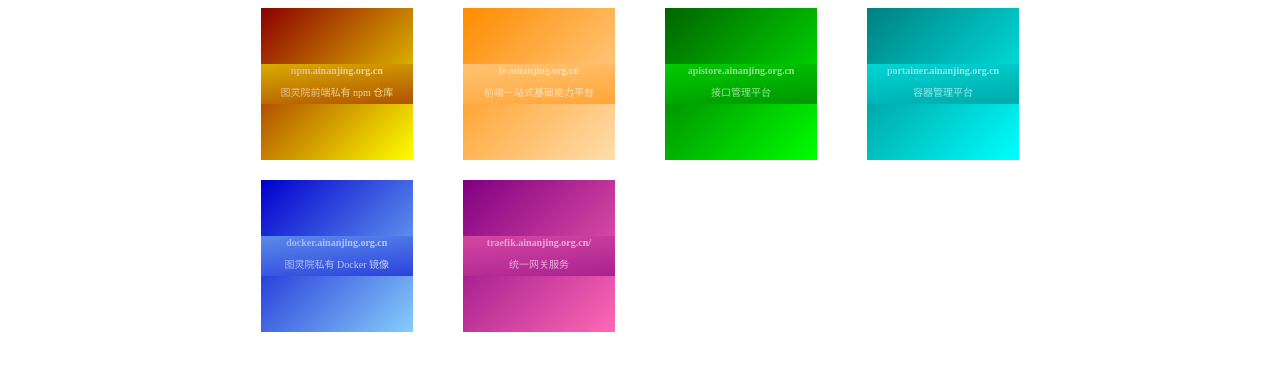
Repository: heweiwei1/portainer
Page: index.html
The author's editor kept a copy of each file at every save. The page is drawn from the files as they stood at one save, then again after the next save.
The browser window is 1280 px wide. The pictures show the whole page.

Above is the page before, as saved 2021-04-13 18:09:48.

After the next save:
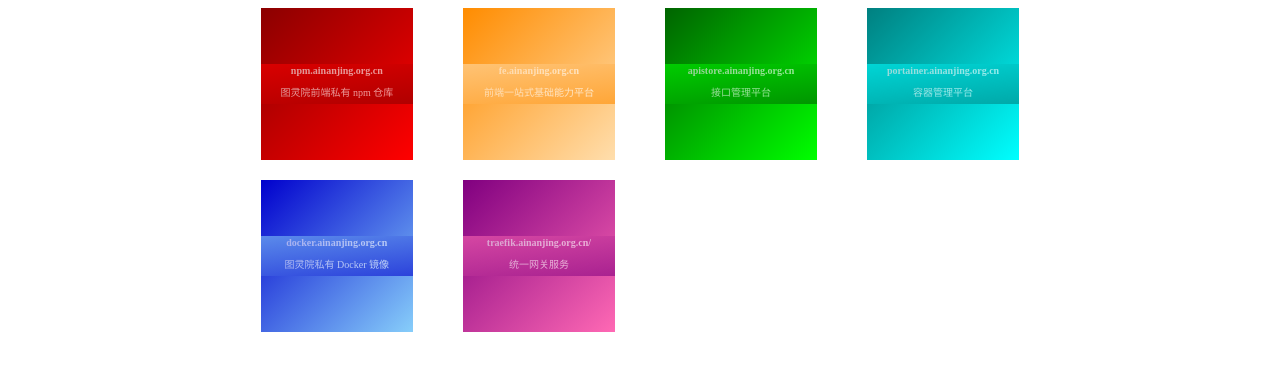
Saved 19 s later.
--- a/index.css
+++ b/index.css
@@ -42,10 +42,10 @@ a {
   color: #fff;
 }
 .demo-1 {
-  background-image: linear-gradient(to bottom right,#8b0000,#ffff00);
+  background-image: linear-gradient(to bottom right,#8b0000,#ff0000);
 }
 .demo-1 .trans{
-  background-image: linear-gradient(to top left,#8b0000,#ffff00);
+  background-image: linear-gradient(to top left,#8b0000,#ff0000);
 }
 .demo-2 {
   background-image: linear-gradient(to bottom right,#ff8c00,#ffdead);
